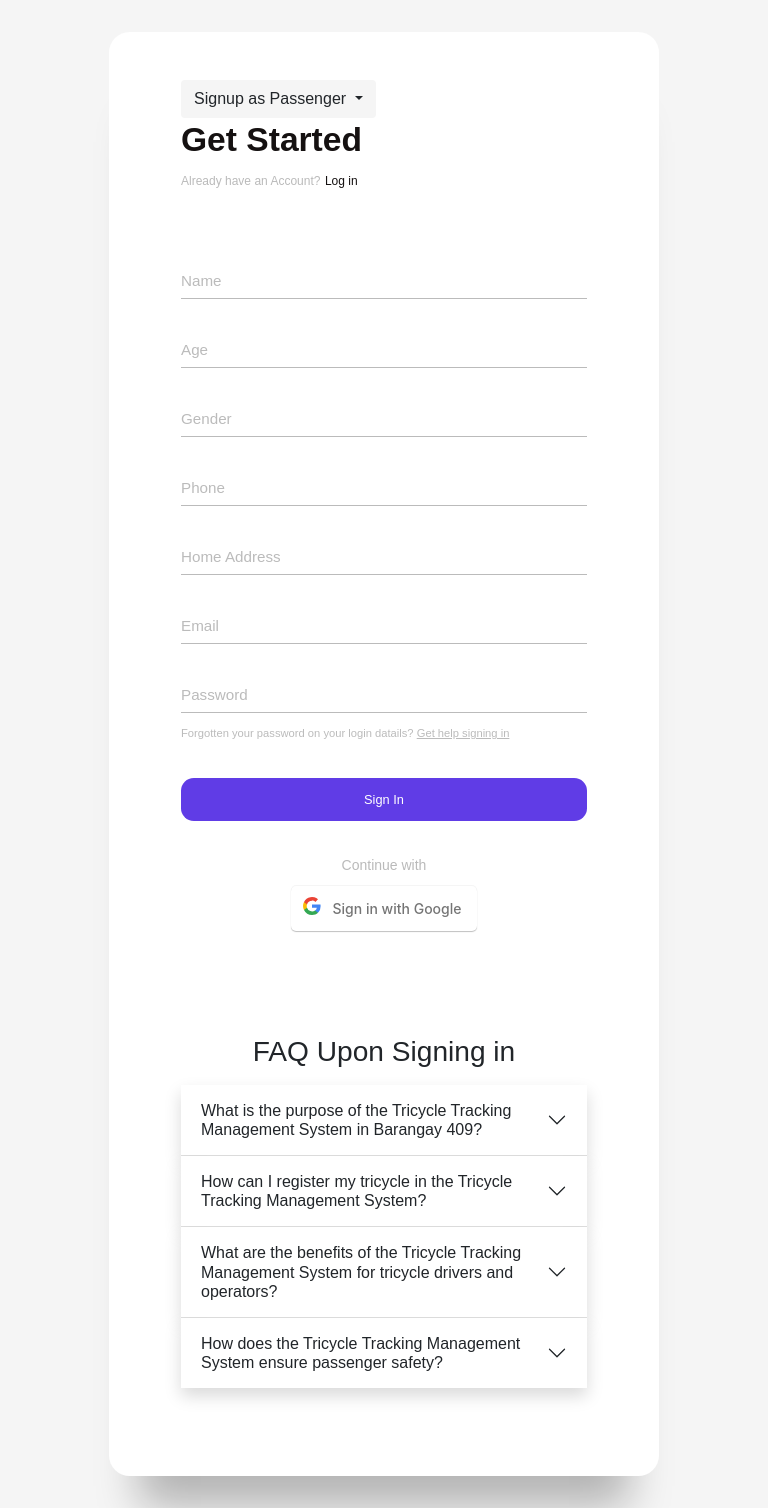
Repository: adrcstro/plate-to-place
Page: http://localhost/Loginsystem/Passenger.php
The author's editor kept a copy of each file at every save. The page is drawn from the files as they stood at one save, then again after the next save.
The browser window is 768 px wide. The pictures show the whole page.
Some web fonts or font styles are not loaded; a fallback is used. Some web libraries are served in a nearby version. The page is run by PHP 8.4 with error messages shown; the project is at /var/www/html/.

Above is the page before, as saved 2023-10-31 15:50:08.

After the next save:
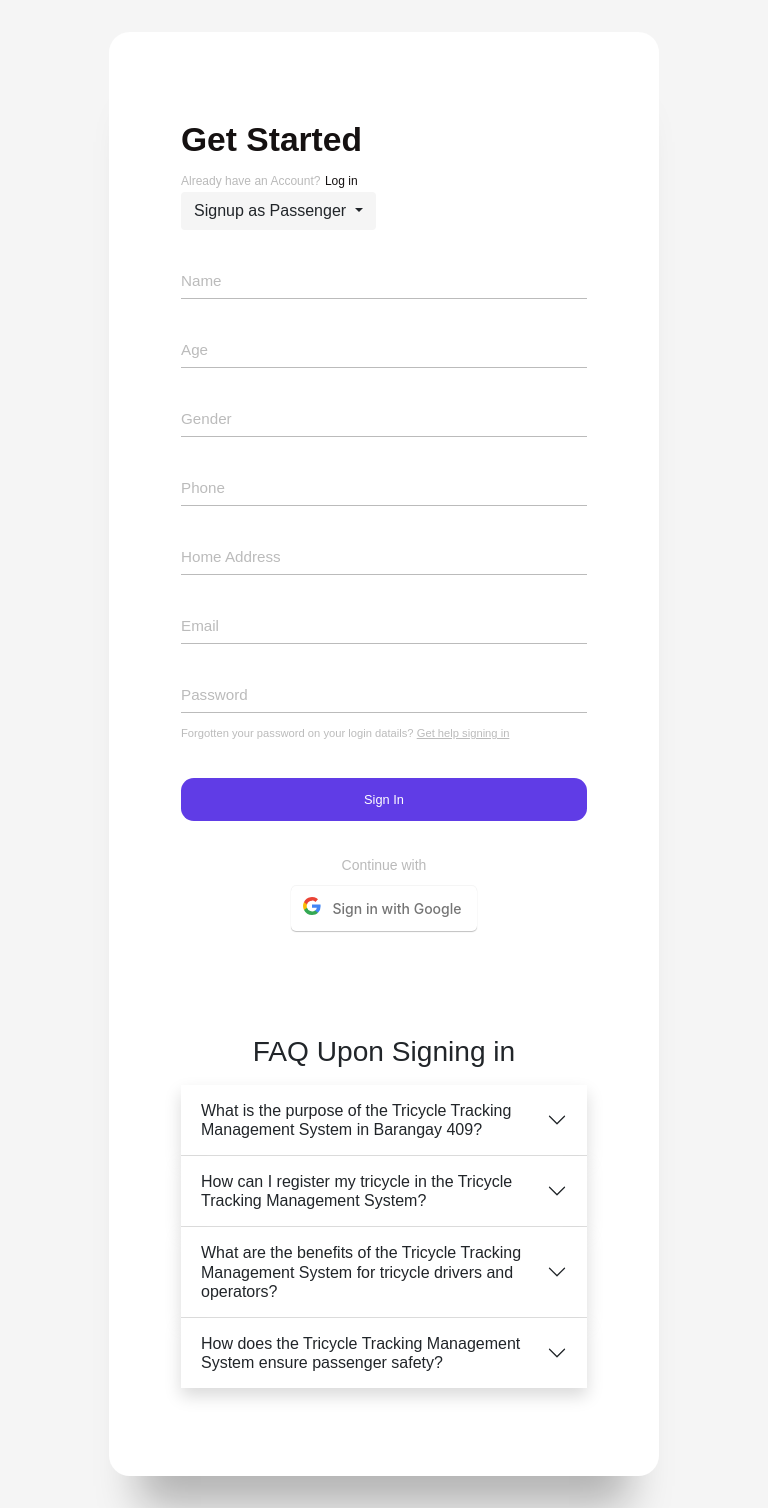
Saved 6 s later.
--- a/Loginsystem/passenger.css
+++ b/Loginsystem/passenger.css
@@ -489,7 +489,7 @@ margin-top: 2rem;
 }
 .dropdown{
   position: relative; /* or any other position value that suits your layout */
-  top: -4rem;
+  top: 3rem;
 }
 .sign-in-form{
   margin-top: -5rem;
